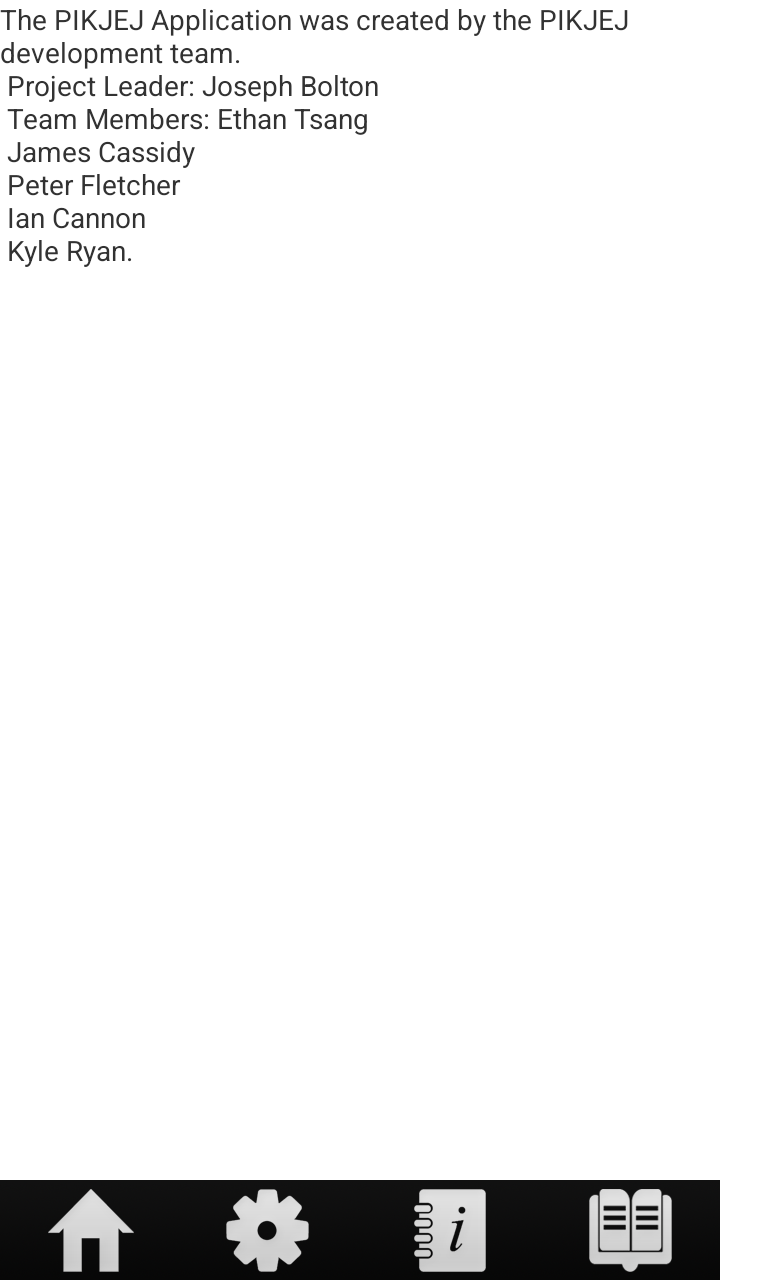
Repository: jo3bolton/PIKJEJ
Layout: PIKJEJ v7/PIKJEJ/res/layout/activity_about.xml
An editor plug-in stored every save of this project. The layout is shown before and after the next save, followed by the edit.
It is drawn on a 768 x 1280 px phone screen (xhdpi) without system bars, with theme AppTheme; the app's code is not run.

Above is the layout before, as saved 2013-03-23 13:31:56.

### PIKJEJ v7/PIKJEJ/res/layout/activity_about.xml
<RelativeLayout xmlns:android="http://schemas.android.com/apk/res/android"
    xmlns:tools="http://schemas.android.com/tools"
    android:layout_width="match_parent"
    android:layout_height="match_parent"
    android:screenOrientation="portrait"
    tools:context=".About" >

    <ImageButton
        android:id="@+id/home"
        android:layout_width="wrap_content"
        android:layout_height="wrap_content"
        android:layout_alignParentBottom="true"
        android:layout_alignParentLeft="true"
        android:background="@drawable/ic_tab_home_unselected"
        android:onClick="Home" />

    <ImageButton
        android:id="@+id/settings"
        android:layout_width="wrap_content"
        android:layout_height="wrap_content"
        android:layout_alignParentBottom="true"
        android:layout_toRightOf="@+id/home"
        android:background="@drawable/ic_tab_settings_unselected"
        android:onClick="Settings" />

    <ImageButton
        android:id="@+id/about"
        android:layout_width="wrap_content"
        android:layout_height="wrap_content"
        android:layout_alignParentBottom="true"
        android:layout_toRightOf="@+id/settings"
        android:background="@drawable/ic_tab_about_unselected"
        android:onClick="About" />

    <ImageButton
        android:id="@+id/userguide"
        android:layout_width="wrap_content"
        android:layout_height="wrap_content"
        android:layout_alignParentBottom="true"
        android:layout_toRightOf="@+id/about"
        android:background="@drawable/ic_tab_userguide_unselected"
        android:onClick="Userguide" />
<ScrollView
    android:id="@+id/ScrollView1"
        android:layout_width="wrap_content"
        android:layout_height="wrap_content"
        android:layout_above="@+id/settings"
        android:layout_alignParentLeft="true"
        android:layout_alignParentRight="true"
        android:layout_alignParentTop="true">
    <TextView
        android:id="@+id/textView1"
        android:layout_width="wrap_content"
        android:layout_height="wrap_content"
        android:scrollbars="vertical"
        android:text="@string/page_about" />
</ScrollView>
</RelativeLayout>

### PIKJEJ v7/PIKJEJ/res/values/strings.xml
<?xml version="1.0" encoding="utf-8"?>
<resources>

    <string name="app_name">PIKJEJ</string>
    <string name="action_settings">Settings</string>
    <string name="hello_world">Hello world!</string>
    <string name="title_activity_about">About</string>
    <string name="title_activity_alt_travel">AltTravel</string>
    <string name="title_activity_userguide">Userguide</string>
    <string name="title_activity_schedule">Schedule</string>
    <string name="title_activity_settings">Settings</string>
    <string name="title_activity_predictor">Predictor</string>
    <string name="title_activity_terms">Terms</string>
    <string name="title_activity_splash">Splash</string>
    <string name="title_activity_home">Home</string>
    <string name="page_about">The PIKJEJ Application was created by the PIKJEJ development team. \n Project Leader: Joseph Bolton \n Team Members: Ethan Tsang \n James Cassidy \n Peter Fletcher \n Ian Cannon \n  Kyle Ryan.</string>

</resources>

Loaded but not shown: PIKJEJ v7/PIKJEJ/res/values/styles.xml (common file); PIKJEJ v7/PIKJEJ/res/values-v11/styles.xml (common file); PIKJEJ v7/PIKJEJ/res/values-v14/styles.xml (common file)

After the next save:
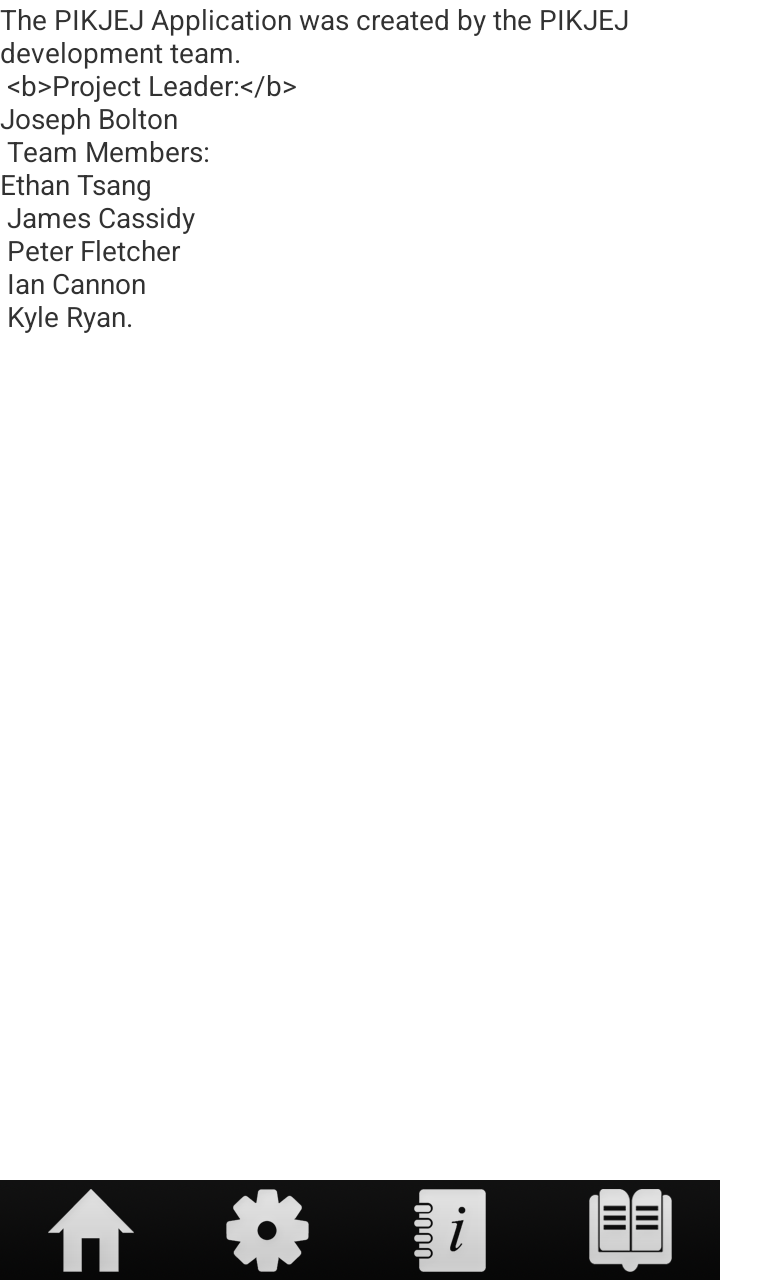
Saved 36 s later.
--- a/PIKJEJ v7/PIKJEJ/res/values/strings.xml
+++ b/PIKJEJ v7/PIKJEJ/res/values/strings.xml
@@ -13,6 +13,6 @@
     <string name="title_activity_terms">Terms</string>
     <string name="title_activity_splash">Splash</string>
     <string name="title_activity_home">Home</string>
-    <string name="page_about">The PIKJEJ Application was created by the PIKJEJ development team. \n Project Leader: Joseph Bolton \n Team Members: Ethan Tsang \n James Cassidy \n Peter Fletcher \n Ian Cannon \n  Kyle Ryan.</string>
+    <string name="page_about">The PIKJEJ Application was created by the PIKJEJ development team. \n &lt;b&gt;Project Leader:&lt;/b&gt; \nJoseph Bolton \n Team Members: \nEthan Tsang \n James Cassidy \n Peter Fletcher \n Ian Cannon \n  Kyle Ryan.</string>
 
 </resources>
